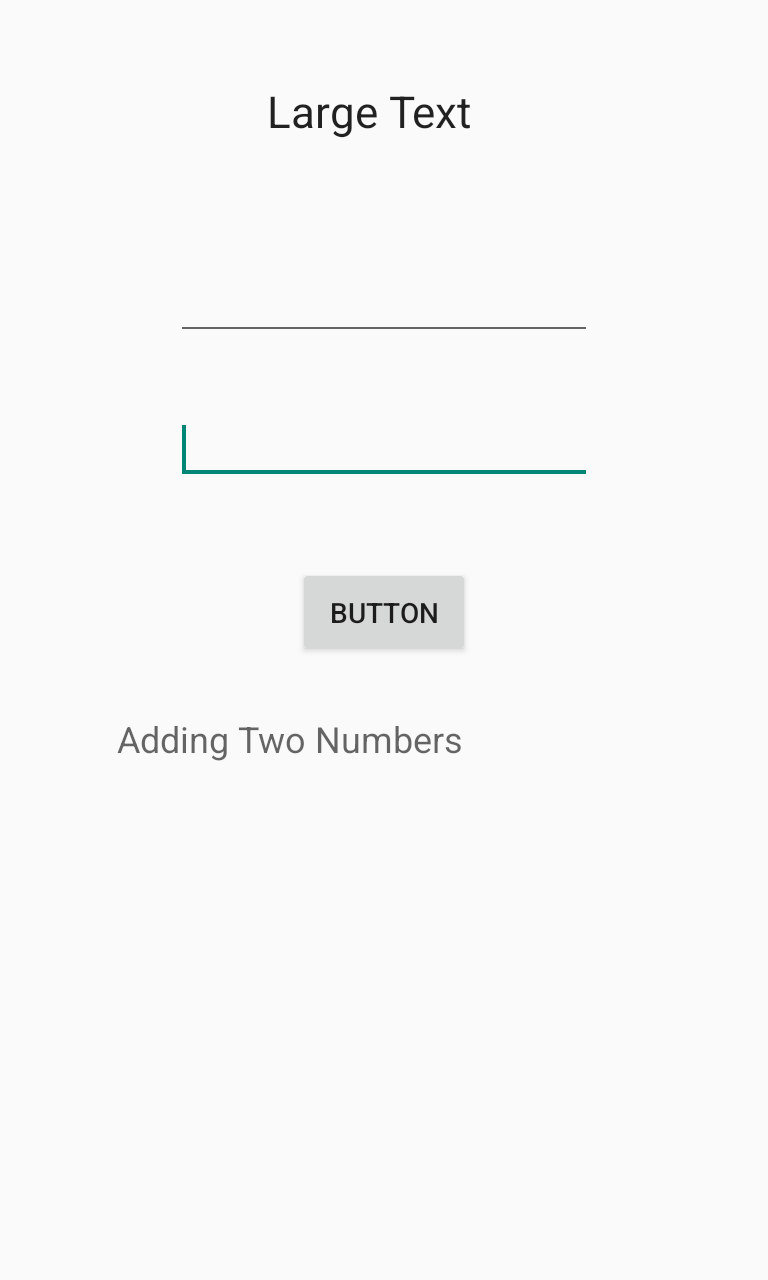
Repository: thamilmani-at-github-io/Learning-Programming-
Layout: Android/Calculator/res/layout/activity_main.xml
The author's editor kept a copy of each file at every save. The layout is drawn from the files as they stood at one save, then again after the next save.
It is drawn on a 768 x 1280 px phone screen (xhdpi) without system bars, with theme AppTheme; the app's code is not run.

Above is the layout before, as saved 2025-06-14 09:24:22.

### Android/Calculator/res/layout/activity_main.xml
<RelativeLayout xmlns:android="http://schemas.android.com/apk/res/android"
    xmlns:tools="http://schemas.android.com/tools"
    android:layout_width="match_parent"
    android:layout_height="match_parent"
    android:paddingBottom="@dimen/activity_vertical_margin"
    android:paddingLeft="@dimen/activity_horizontal_margin"
    android:paddingRight="@dimen/activity_horizontal_margin"
    android:paddingTop="@dimen/activity_vertical_margin"
    tools:context="com.example.calculator.MainActivity" >

    <TextView
        android:id="@+id/textView1"
        android:layout_width="wrap_content"
        android:layout_height="wrap_content"
        android:layout_alignParentTop="true"
        android:layout_centerHorizontal="true"
        android:layout_marginTop="66dp"
        android:text="" />

    <EditText
        android:id="@+id/editText1"
        android:layout_width="wrap_content"
        android:layout_height="wrap_content"
        android:layout_below="@+id/textView1"
        android:layout_centerHorizontal="true"
        android:layout_marginTop="30dp"
        android:ems="10" />

    <EditText
        android:id="@+id/editText2"
        android:layout_width="wrap_content"
        android:layout_height="wrap_content"
        android:layout_alignLeft="@+id/editText1"
        android:layout_below="@+id/editText1"
        android:layout_marginTop="30dp"
        android:ems="10" >

        <requestFocus />
    </EditText>

    <Button
        android:id="@+id/button1"
        android:layout_width="wrap_content"
        android:layout_height="wrap_content"
        android:layout_below="@+id/editText2"
        android:layout_centerHorizontal="true"
        android:layout_marginTop="38dp"
        android:text="Button" />

    <TextView
        android:id="@+id/textView2"
        android:layout_width="wrap_content"
        android:layout_height="wrap_content"
        android:layout_alignRight="@+id/button1"
        android:layout_below="@+id/button1"
        android:layout_marginTop="27dp"
        android:text="Adding Two Numbers "
        android:textAppearance="?android:attr/textAppearanceMedium" />

    <TextView
        android:id="@+id/textView3"
        android:layout_width="wrap_content"
        android:layout_height="wrap_content"
        android:layout_alignBottom="@+id/textView1"
        android:layout_alignRight="@+id/button1"
        android:layout_marginBottom="31dp"
        android:text="Large Text"
        android:textAppearance="?android:attr/textAppearanceLarge" />

</RelativeLayout>

Loaded but not shown: Android/Calculator/res/values/styles.xml (common file); Android/Calculator/res/values-v11/styles.xml (common file); Android/Calculator/res/values-v14/styles.xml (common file); Android/Calculator/res/values/dimens.xml (common file); Android/Calculator/res/values-w820dp/dimens.xml (common file)

After the next save:
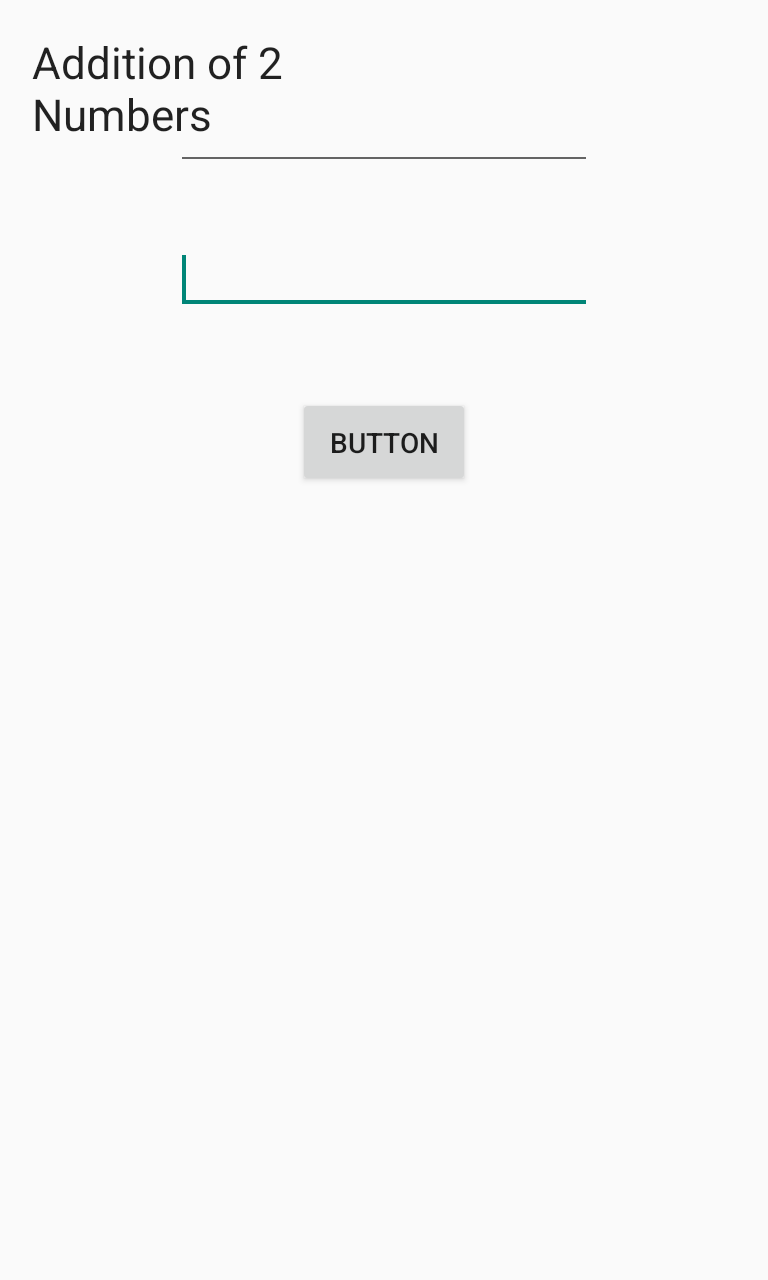
Saved 71 s later.
--- a/Android/Calculator/res/layout/activity_main.xml
+++ b/Android/Calculator/res/layout/activity_main.xml
@@ -7,15 +7,6 @@
     android:paddingRight="@dimen/activity_horizontal_margin"
     android:paddingTop="@dimen/activity_vertical_margin"
     tools:context="com.example.calculator.MainActivity" >
-
-    <TextView
-        android:id="@+id/textView1"
-        android:layout_width="wrap_content"
-        android:layout_height="wrap_content"
-        android:layout_alignParentTop="true"
-        android:layout_centerHorizontal="true"
-        android:layout_marginTop="66dp"
-        android:text="" />
 
     <EditText
         android:id="@+id/editText1"
@@ -48,23 +39,13 @@
         android:text="Button" />
 
     <TextView
-        android:id="@+id/textView2"
-        android:layout_width="wrap_content"
-        android:layout_height="wrap_content"
-        android:layout_alignRight="@+id/button1"
-        android:layout_below="@+id/button1"
-        android:layout_marginTop="27dp"
-        android:text="Adding Two Numbers "
-        android:textAppearance="?android:attr/textAppearanceMedium" />
-
-    <TextView
         android:id="@+id/textView3"
         android:layout_width="wrap_content"
         android:layout_height="wrap_content"
         android:layout_alignBottom="@+id/textView1"
         android:layout_alignRight="@+id/button1"
         android:layout_marginBottom="31dp"
-        android:text="Large Text"
+        android:text="Addition of 2 Numbers"
         android:textAppearance="?android:attr/textAppearanceLarge" />
 
 </RelativeLayout>
